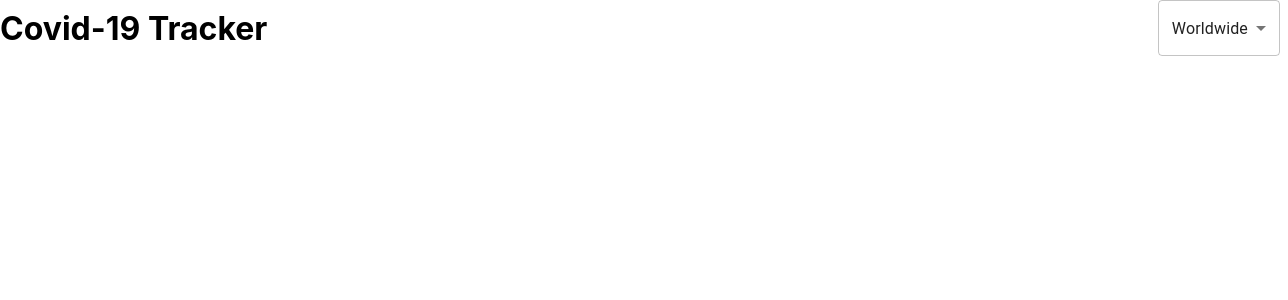
Repository: aashajo/covid-tracker-app-react
Page: /
The author's editor kept a copy of each file at every save. The page is drawn from the files as they stood at one save, then again after the next save.
The browser window is 1280 px wide. The page is 1288 px wide, so the pictures cover 1288 px, including what lies to the right of the window. The pictures show the whole page.
The page's requests for data from a server got no answer. The project was rebuilt for these pictures with package versions that can differ from the ones it lists, and the page was loaded fresh each time. No one was signed in, and anything a server would have sent is missing.

Above is the page before, as saved 2020-08-25 20:30:39.

After the next save:
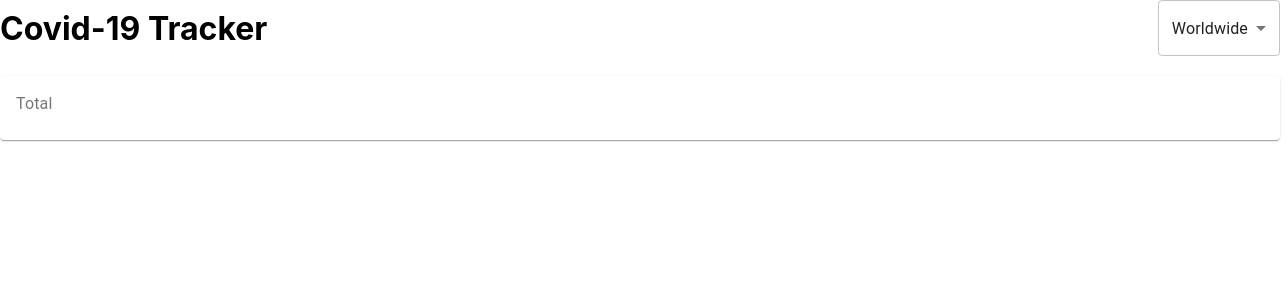
Saved 79 s later.
--- a/src/App.js
+++ b/src/App.js
@@ -7,6 +7,7 @@ import {
   CardContent,
 } from "@material-ui/core";
 import "./App.css";
+import Infobox from "./Infobox";
 
 function App() {
   const [countries, setCountries] = useState([]); //State --> Variable declaration in React
@@ -53,7 +54,7 @@ function App() {
 
       {/* Info Box */}
       <div className="app_stats">
-
+              <Infobox />
       </div>
 
       {/* Table */}
